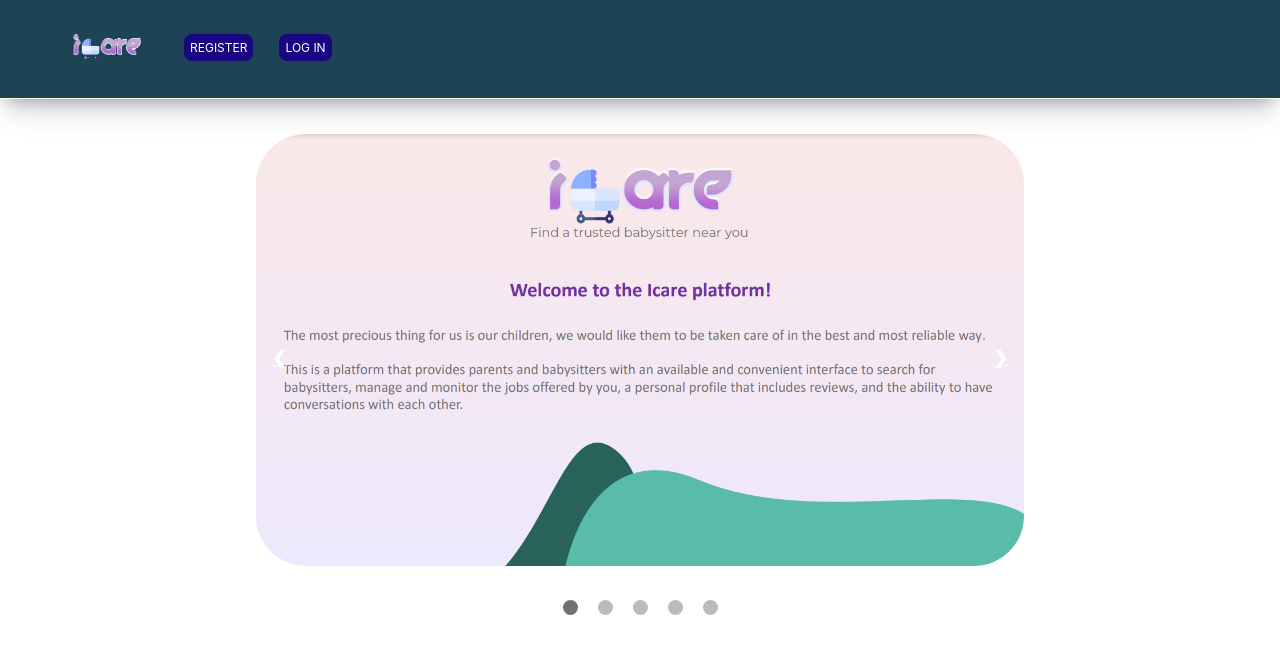
Repository: DorAzaria/iCare
Page: / (app in front-end/)
These files come from the project's save history. The page is drawn as it stood at one moment and after the next save; the edit follows.
The browser window is 1280 px wide. The pictures show the whole page.
The project was rebuilt for these pictures with package versions that can differ from the ones it lists, and the page was loaded fresh each time. Also part of the build but not shown: front-end/craco.config.js, front-end/src/database/Driver/index.js, front-end/src/shared/AppKeys/index.js, front-end/src/components/Shells/Navigation/index.jsx, front-end/src/shared/ErrorCodes/index.js, front-end/src/components/Views/LogIn/index.css, front-end/src/components/Views/LogIn/index.jsx, front-end/src/components/Partials/JobPost/index.css and 46 more.

Above is the page before, as saved 2022-08-16 14:59:15.

### front-end/src/index.js
import React from 'react';
import ReactDOM from 'react-dom/client';

import App from '@components/App';
import 'bootstrap/dist/css/bootstrap.min.css';
import './index.css';
import './styles/buttons.css';
import './styles/layouts.css';
import './styles/titles.css';

const root = ReactDOM.createRoot(document.getElementById('root'));
root.render(
  <React.StrictMode>
    <App />
  </React.StrictMode>
);

### front-end/src/components/App/index.jsx
import React from 'react';

import {
  BrowserRouter,
  Routes,
  Route,
} from 'react-router-dom';

import AppContext, { defaultContext } from '@contexts/App';

import ViewIndex from '@components/Views/Index';
import ViewLogIn from '@components/Views/LogIn';
import ViewJobs from '@components/Views/Jobs';
import ViewPreRegister from '@components/Views/PreRegister';
import ViewParentRegister from '@components/Views/Parent-Register';
import ViewBabySitterRegister from '@components/Views/BabySitter-Register';
//import ViewRegister from '@components/Views/Register';
import ViewApply from '@components/Views/Apply';
import ViewRequests from '@components/Views/Requests';
import ViewChat from '@components/Views/Chat';
import ViewProfile from '@components/Views/Profile';
import ViewSitters from '@components/Views/Sitters';
import ViewParents from '@components/Views/Parents';

import ViewSitterProfile from '@components/Views/SitterProfile';
import ViewJobDetail from '@components/Views/JobDetail';

import ViewWatches from '@components/Views/Watches';

import ViewParentProfile from '@components/Views/ParentProfile';

import ViewLogOut from '@components/Views/LogOut';

import './index.css';

import 'bootstrap/dist/css/bootstrap.min.css';

class App extends React.Component {

  constructor(props) {
    super(props);

    this.state = { ...defaultContext };
    this.state.app = this;

  }

  render () {

    const appContext = this.state;

    const viewIndex = <ViewIndex/>;
    const viewLogIn = <ViewLogIn/>;
    const viewJobs = <ViewJobs/>;
    const viewProfile = <ViewProfile/>;
    //const viewRegister = <ViewRegister/>;
    const viewPreRegister = <ViewPreRegister/>
    const viewParentRegister = <ViewParentRegister/>
    const viewBabySitterRegister = <ViewBabySitterRegister/>
    const viewApply = <ViewApply/>;
    const viewRequests = <ViewRequests/>;
    const viewChat = <ViewChat/>;
    const viewWatches = <ViewWatches/>;

    const viewSitters = <ViewSitters/>;
    const viewParents = <ViewParents/>;
    const viewSitterProfile = <ViewSitterProfile/>;
    const viewJobDetail = <ViewJobDetail/>;
    const viewParentProfile = <ViewParentProfile/>;
    const viewLogOut = <ViewLogOut/>;

    return (
      <AppContext.Provider value={ appContext }>
        <div className="App">
          <div className="App_layerBase">
            <BrowserRouter>
              <Routes>
                <Route path="/" element={ viewIndex } exact/>
                <Route path="/sitters" element={ viewSitters }  exact/>
                <Route path="/register" element={ viewPreRegister }  exact/>
                <Route path="/parent-register" element={ viewParentRegister }  exact/>
                <Route path="/babysitter-register" element={ viewBabySitterRegister }  exact/>
                <Route path="/log-in" element={ viewLogIn }  exact/>
                <Route path="/jobs" element={ viewJobs }  exact/>
                <Route path="/apply" element={ viewApply }  exact/>
                <Route path="/requests" element={ viewRequests }  exact/>
                <Route path="/chat" element={ viewChat }  exact/>

                <Route path="/families" element={ viewParents }  exact/> { /* update from here*/}
                <Route path="/profile" element={ viewProfile }  exact/>
                <Route path="/watchlist" element={ viewWatches }  exact/>
                <Route path="/sitter-profile" element={ viewSitterProfile }  exact/>
                <Route path="/job-detail" element={ viewJobDetail }  exact/>
                <Route path="/parent-profile" element={ viewParentProfile }  exact/>
                <Route path="/log-out" element={ viewLogOut } exact/>
              </Routes>
            </BrowserRouter>
          </div>
          { /* <div className="App_layerPopup"></div> */ }
        </div>
      </AppContext.Provider>
    );

  }

}

export default App;

### front-end/src/styles/buttons.css
.Button_navigation {
  background: #180781;
  border-radius: 8px;
  color: white;
  padding: 6px;
  text-align: center;
  font-size: 12px;
  text-decoration: none;
}

.Button_disabled {
  background: #4F4F4F;
  border-radius: 8px;
  color: white;

  padding: 8px;

  text-align: center;
  text-decoration: none;
}

### front-end/src/contexts/App/index.js
import React from 'react';

import StringsEnglish from './strings/English';
import ErrorsEnglish from './errors/English';

let user = JSON.parse(sessionStorage.getItem('user'));

console.log ( 'user');
console.log ( user);

export const defaultContext = Object.freeze({
  strings: StringsEnglish,
  errors: ErrorsEnglish,
  app: null, // app component
  user: user, // logged-in user
});

const AppContext = React.createContext(defaultContext);

export default AppContext;

### front-end/src/components/Views/Index/index.jsx
import React from 'react';

import { Link} from 'react-router-dom';

import AppContext from '@contexts/App';

import ShellMainGate from '@components/Shells/MainGate';
import ShellNavigation from '@components/Shells/Navigation';

import Links from '@shared/Links';
import {Button, ButtonGroup, Row, Col , Container ,   Navbar,
  NavbarBrand,
  Nav,
  NavLink,
  NavbarToggler,
  Collapse,
  NavItem,
  Dropdown,
  DropdownToggle,
  DropdownMenu,
  DropdownItem,} from 'reactstrap';
import './index.css';


const MAP_LINKS = Links['MAP_LINKS'];

class ViewIndex extends React.Component {

  static contextType = AppContext;

  constructor(props) {
    super(props);

    this.state = {
      slideIndex: 0,
    };

  }



  render () {

    const { context } = this;

    const { strings, user } = context;


    const {state } = this;
    const { slideIndex } = state;
    let bgs = [
      {id:0, name:'bg0.png', imgStyle:'none', dotClass:''},
      {id:1, name:'bg1.jpg', imgStyle:'none', dotClass:''},
      {id:2, name:'bg2.jpg', imgStyle:'none', dotClass:''},
      {id:3, name:'bg3.jpg', imgStyle:'none', dotClass:''},
      {id:4, name:'bg4.jpg', imgStyle:'none', dotClass:''}
    ]
    bgs[slideIndex]['imgStyle'] = 'block';
    bgs[slideIndex]['dotClass'] = 'active';


    const currentSlide =(n)=>{
      this.setState ( {slideIndex:n});
    }


    const plusSlides = (n) =>{
      let {state} = this;
      let {slideIndex} = state;
      let newIndex = (slideIndex + n + 5) % 5;
      this.setState ( {slideIndex:newIndex});
    }

    const bgMakeElement = (bg) => {
      const key = 'bg_' + bg['name'];
      let imgStyle = bg['imgStyle'];

      return (
        <div key = {key}
          style = {{display:imgStyle, alignContent:'center'}}
        >
          <img src={bg['name']} alt = "Child Care Background" style={{width:'100%', borderRadius:'50px'}}></img>
        </div>
      )
    }

    const elementsBg = bgs.map ( bgMakeElement);

    const dotMakeElement = (bg) => {
      const key = 'dot_' + bg['name'];

      return (
        <span key = {key}
          className={bg['dotClass'] + ' dot'}
          onClick = {()=>currentSlide(bg['id'])}
          style = { {margin:'10px'}}
        >
        </span>
      )
    }

    const elementsDot = bgs.map( dotMakeElement)


    // render for when the user is logged in.
    const renderA = () => {

      const { type } = user;


      const body = (
        <div>
          <div className="slideshow-container">
            {elementsBg}
            <a href = "#foo" className="prev" onClick = {() =>plusSlides(-1)}>&#10094;</a>
            <a href = "#foo" className="next" onClick = {() =>plusSlides(1)}>&#10095;</a>
          </div>
          <br></br>

          <div style={{textAlign:'center'}}>
            {elementsDot}
          </div>
        </div>
      );

      const links = MAP_LINKS[type];

      return (<ShellNavigation body={ body } links={ links }/>);

    };

    // render for when the user is not logged in.
    const renderB = () => {

      const welcome = strings['TITLE_WELCOME'];
      const labelRegister = strings['LABEL_REGISTER'];
      const labelLogIn = strings['LABEL_LOG_IN'];


      const body = (
        <>
        <header className="sticky-top icare-navbar">
        <Navbar
          dark
          style={{ height: 90}}
          expand="md"
          className="container-xxl"
        >
          <NavbarBrand href="/">
            <img alt="iCare" src="logo.png" className="logo-img" />

          </NavbarBrand>

          <div className="flex-grow-1">

          <Nav className="mr-auto" navbar >
            <NavItem style={{paddingLeft: "26px",
              marginBottom:"6px",}}>
            <Link className="Button_navigation" style={{minWidth: '200px', minHeight: '20px'}} to="/register">{ labelRegister }</Link>
            </NavItem>
            <NavItem style={{paddingLeft: "26px",
              marginBottom:"6px",}}>
            <Link className="Button_navigation" style={{minWidth: '200px', minHeight: '20px'}} to="/log-in">{ labelLogIn }</Link>
            </NavItem>
                  {/* <img src = { profileUrl ? profileUrl : 'logo.png'} className = "profile-avatar" alt = "user profile"></img> */}
                </Nav>
          </div>
          </Navbar>
          </header>

          <div className="slideshow-container">
                {elementsBg}
                <a href = "#foo" className="prev" onClick = {() =>plusSlides(-1)}>&#10094;</a>
                <a href = "#foo" className="next" onClick = {() =>plusSlides(1)}>&#10095;</a>
              </div>
              <br></br>

              <div style={{textAlign:'center'}}>
                {elementsDot}
              </div>
        </>

      );

      return (<ShellMainGate body={ body }/>);

    };

    if (user) { // logged-in

      return renderA();

    } else { // not logged-in

      return renderB();

    }

  }

}

export default ViewIndex;

### front-end/src/components/App/index.css
.App {
  position: fixed;
  top: 0;
  left: 0;
  z-index: 0;

  width: 100vw;
  height: 100vh;
}

.App_layerBase {
  position: absolute;
  top: 0;
  left: 0;
  z-index: 1000;

  width: 100%;
  height: 100%;

  overflow-x: hidden;
  overflow-y: auto;
}

.App_layerPopup {
  position: absolute;
  top: 0;
  left: 0;
  z-index: 1000;

  width: 100%;
  height: 100%;
}

### front-end/src/contexts/App/strings/English/index.js
const LABEL_BABYSITTER = 'BABYSITTER';

const LABEL_CHATS = 'Chats';

const LABEL_DESCRIPTION = 'DESCRIPTION';

const LABEL_DELETE = 'DELETE';

const LABEL_EDIT = 'EDIT';

const LABEL_EMAIL = 'Email';

const LABEL_EMPTY_PROFILES = 'NO PROFILES';

const LABEL_FIRST_NAME = 'FIRST NAME';

const LABEL_JOBS = 'Jobs';

const LABEL_LAST_NAME = 'LAST NAME';

const LABEL_LOG_IN = 'LOG IN';

const LABEL_NAME = 'NAME';

const LABEL_NUMBER = 'NUMBER';

const LABEL_PARENT = 'PARENT';

const LABEL_PASSWORD = 'Password';

const LABEL_REGISTER = 'REGISTER';

const LABEL_RELOAD = 'RELOAD';

const LABEL_REQUESTS = 'Requests';

const LABEL_SCHEDULE = 'SCHEDULE';

const LABEL_SCHEDULE_START = 'SCHEDULE START';

const LABEL_SCHEDULE_END = 'SCHEDULE END';

const LABEL_SUBMIT = 'SUBMIT';

const LABEL_TITLE = 'TITLE';

const LABEL_TYPE = 'TYPE';

const LABEL_USERNAME = 'USERNAME';

const MESSAGE_PROFILES_LOAD_FAIL = 'FAILED TO LOAD PROFILES!';

const MESSAGE_APPLY_FAIL = 'FAILED TO APPLY FOR JOB!';

const MESSAGE_APPLY_SUCCESS = 'SUCCESSFULLY APPLIED TO JOB!';

const MESSAGE_APPLY_TRY = 'TRYING TO APPLY FOR JOB...';

const MESSAGE_JOBS_FAIL = 'FAILED TO SAVE JOB!';

const MESSAGE_JOBS_SUCCESS = 'JOB SUCCESSFULLY SAVED!';

const MESSAGE_JOBS_TRY = 'TRYING TO SAVE JOB...';

const MESSAGE_LOG_IN_FAIL = 'FAILED TO LOG IN!';

const MESSAGE_LOG_IN_SUCCESS = 'LOG-IN SUCCESSFUL!';

const MESSAGE_LOG_IN_TRY = 'TRYING TO LOG IN...';

const MESSAGE_REGISTRATION_FAIL = 'FAILED TO REGISTER NEW USER!';

const MESSAGE_UPDATEPROFILE_FAIL = 'FAILED TO UPDATE PROFILE!';

const MESSAGE_REGISTRATION_SUCCESS = 'SUCCESSFULLY REGISTERED USER!';

const MESSAGE_UPDATEPROFILE_SUCCESS = 'SUCCESSFULLY UPDATE PROFILE!';

const MESSAGE_REGISTRATION_TRY = 'TRYING TO REGISTER NEW USER...';

const MESSAGE_UPDATE_PROFILE_TRY = 'TRYING TO UPDATE PROFILE...';

const SEND_MESSAGE_FAIL = 'FAILED TO SEND MESSAGE!';

const SEND_MESSAGE_SUCCESS = 'MESSAGE SUCCESSFULLY SENT!';

const SEND_MESSAGE_TRY = 'TRYING TO SEND MESSAGE...';

const TITLE_APP = 'iCare';

const TITLE_JOBS_ALL = 'All Jobs';

const TITLE_JOBS_NEW = 'New Job';

const TITLE_JOBS_OPEN = 'Open Jobs';

const TITLE_LOG_IN = 'Log In';

const TITLE_MY_JOBS = 'My Jobs';

const TITLE_REGISTER = 'Who Are you?';

const TITLE_WELCOME = "Welcome to our website we offer blab la bla"

const WARNING_NOT_LOGGED = 'YOU ARE NOT LOGGED IN!';


//updated

const LABEL_SITTERS = 'Sitters';
const LABEL_WATCHLIST = 'Watch List';
const LABEL_LOGOUT = 'Log Out'
const LABEL_FAMILIES = 'Families';

const LABEL_HOME = 'Home';

const TITLE_ALL_SITTERS = 'All Sitters'; //all sitters page
const LABEL_PRICE_RANGE = 'Price Range';
const LABEL_AGE_RANGE = 'Age Range';
const LABEL_GENDER = 'Gender';
const LABEL_CHILD_CARE = 'Child Care';
const LABEL_SCHOOL_HELP = 'School Help';
const LABEL_AGE = 'Age';
const LABEL_PRICE = 'Price';
const LABEL_SKILLS = 'Skills';
const LABEL_PROFILE = 'Profile';

//sitter profile
const TITLE_SITTER_REVIEWS = 'Sitter Reviews';
const TITLE_SITTER_JOBS = 'Sitter Jobs';

//job detail
const TITLE_JOB_COMMENTS = 'Job Comments';

//registration
const LABEL_LOC = 'Location';
const LABEL_SHORT_INFO = 'Short Information';
const LABEL_EDUCATION = 'Education';
const LABEL_EXP_YEARS = 'Experienced Years';
const LABEL_NUM_OF_CHILDREN = 'Number of Children';


//parent profile
const TITLE_PARENT_REVIEWS = 'Parent Reviews';
const TITLE_PARENT_JOBS = 'Parent Jobs';


const TITLE_ALL_PARENTS = 'All Parents'; //all parents pages

//request page
const TITLE_APPLIED_JOBS = 'All My Applied Jobs';
const TITLE_POSTED_JOBS = 'All My Posted Jobs';


const StringsEnglish = Object.freeze({
    LABEL_BABYSITTER,
    LABEL_CHATS,
    LABEL_DESCRIPTION,
    LABEL_DELETE,
    LABEL_EDIT,
    LABEL_EMAIL,
    LABEL_EMPTY_PROFILES,
    LABEL_FIRST_NAME,
    LABEL_JOBS,
    LABEL_LAST_NAME,
    LABEL_LOG_IN,
    LABEL_NAME,
    LABEL_NUMBER,
    LABEL_PARENT,
    LABEL_PASSWORD,
    LABEL_REGISTER,
    LABEL_HOME,
    LABEL_RELOAD,
    LABEL_REQUESTS,
    LABEL_SCHEDULE,
    LABEL_SCHEDULE_START,
    LABEL_SCHEDULE_END,
    LABEL_SUBMIT,
    LABEL_TITLE,
    LABEL_TYPE,
    LABEL_USERNAME,
    MESSAGE_APPLY_FAIL,
    MESSAGE_APPLY_SUCCESS,
    MESSAGE_APPLY_TRY,
    MESSAGE_JOBS_FAIL,
    MESSAGE_JOBS_SUCCESS,
    MESSAGE_JOBS_TRY,
    MESSAGE_LOG_IN_FAIL,
    MESSAGE_LOG_IN_SUCCESS,
    MESSAGE_LOG_IN_TRY,
    MESSAGE_PROFILES_LOAD_FAIL,
    MESSAGE_REGISTRATION_FAIL,
    MESSAGE_REGISTRATION_SUCCESS,
    MESSAGE_UPDATEPROFILE_SUCCESS,
    MESSAGE_REGISTRATION_TRY,
    MESSAGE_UPDATEPROFILE_FAIL,
    MESSAGE_UPDATE_PROFILE_TRY,
    SEND_MESSAGE_FAIL,
    SEND_MESSAGE_SUCCESS,
    SEND_MESSAGE_TRY,
    TITLE_APP,
    TITLE_JOBS_ALL,
    TITLE_JOBS_NEW,
    TITLE_JOBS_OPEN,
    TITLE_LOG_IN,
    TITLE_MY_JOBS,
    TITLE_REGISTER,
    WARNING_NOT_LOGGED,

    LABEL_SITTERS,//updated
    LABEL_WATCHLIST,
    LABEL_FAMILIES,
    LABEL_LOGOUT,

    TITLE_ALL_SITTERS, //all sitters page
    LABEL_PRICE_RANGE,
    LABEL_AGE_RANGE,
    LABEL_GENDER,
    LABEL_CHILD_CARE,
    LABEL_SCHOOL_HELP,
    LABEL_AGE,
    LABEL_PRICE,
    LABEL_SKILLS,
    LABEL_PROFILE,

    LABEL_LOC,
    LABEL_SHORT_INFO,
    LABEL_EDUCATION,
    LABEL_EXP_YEARS,
    LABEL_NUM_OF_CHILDREN,

    TITLE_SITTER_REVIEWS, //sitter profile page
    TITLE_SITTER_JOBS,

    TITLE_JOB_COMMENTS, //job detail

    TITLE_ALL_PARENTS, //parents page

    TITLE_PARENT_REVIEWS, //sitter profile page
    TITLE_PARENT_JOBS,

    TITLE_POSTED_JOBS, //request page
    TITLE_APPLIED_JOBS,

    TITLE_WELCOME
});

export default StringsEnglish;

### front-end/src/contexts/App/errors/English/index.js
const ERROR_NOT_AUTHORIZED = 'NOT AUTHORIZED TO DO THIS OPERATION';

const ERROR_SERVER_TIMEOUT = 'THE SERVER TOOK TOO LONG TO RESPOND';

const ERROR_UNKNOWN = 'AN UNEXPECTED ERROR HAPPENED';

const ErrorsEnglish = Object.freeze({
    ERROR_NOT_AUTHORIZED,
    ERROR_SERVER_TIMEOUT,
    ERROR_UNKNOWN,
});

export default ErrorsEnglish;

### front-end/src/components/Shells/MainGate/index.jsx
import React from 'react';
import PropTypes from 'prop-types';

import { Link } from 'react-router-dom';

import AppContext from '@contexts/App';

import './index.css';


// This is the shell for users that are not logged-in.
// Because they are not logged-in, they're outside at the main gate.
class ShellMainGate extends React.Component {

  static contextType = AppContext;

  render () {

    const { props} = this;

    const { body } = props;

    return (
      <div className="ShellMainGate">

        <div className="ShellMainGate_body">{ body }</div>
      </div>
    );

  }

}

ShellMainGate.propTypes = {
  body: PropTypes.element.isRequired
};

export default ShellMainGate;

### front-end/src/shared/Links/index.js
const LINKS_BABYSITTER = [
  {
    key:'LABEL_HOME',
    link:'/'
  },
  // {
  //   key:'LABEL_CHATS',
  //   link:'/chat'
  // },
  {
    key:'LABEL_FAMILIES',
    link:'/families'
  },
  {
    key: 'LABEL_JOBS',
    link: '/jobs',
  },
  {
    key: 'LABEL_REQUESTS',
    link: '/requests',
  },
];

const LINKS_PARENT = [
  {
    key:'LABEL_HOME',
    link:'/'
  },
  // {
  //   key:'LABEL_CHATS',
  //   link:'/chat'
  // },
  {
    key:'LABEL_SITTERS',
    link:'/sitters'
  },
  {
    key: 'LABEL_JOBS',
    link: '/jobs',
  },
  {
    key: 'LABEL_REQUESTS',
    link: '/requests',
  },
  {
    key:'LABEL_WATCHLIST',
    link:'/watchlist'
  },
];


const MAP_LINKS = {
  'babysitter': LINKS_BABYSITTER,
  'parent': LINKS_PARENT,
};

const Links = Object.freeze({
  LINKS_BABYSITTER,
  LINKS_PARENT,
  MAP_LINKS,
});

export default Links;

### front-end/src/components/Views/Index/index.css
* {box-sizing:border-box}

/* Slideshow container */
.slideshow-container {
  width:60%;
  position: relative;
  margin:auto;
}

/* Next & previous buttons */
.prev, .next {
  cursor: pointer;
  position: absolute;
  top: 50%;
  width: auto;
  margin-top: -22px;
  padding: 16px;
  color: white;
  font-weight: bold;
  font-size: 18px;
  transition: 0.6s ease;
  border-radius: 0 3px 3px 0;
  user-select: none;
}

/* Position the "next button" to the right */
.next {
  right: 0;
  border-radius: 3px 0 0 3px;
}

/* On hover, add a black background color with a little bit see-through */
.prev:hover, .next:hover {
  background-color: rgba(0,0,0,0.8);
}

/* Caption text */
.text {
  color: #f2f2f2;
  font-size: 15px;
  padding: 8px 12px;
  position: absolute;
  bottom: 8px;
  width: 100%;
  text-align: center;
}

/* The dots/bullets/indicators */
.dot {
  cursor: pointer;
  height: 15px;
  width: 15px;
  margin: 0 2px;
  background-color: #bbb;
  border-radius: 50%;
  display: inline-block;
  transition: background-color 0.6s ease;
}

.active, .dot:hover {
  background-color: #717171;
}

### front-end/src/components/Shells/MainGate/index.css
.ShellMainGate {
  display: grid;
  grid-template-rows: auto 1fr;
  grid-template-columns: 1fr;

  width: 100%;
  /* height: 100%; */
}

.ShellMainGate_head {
  grid-area: 1/1/2/2;
  padding: 2.75rem;

  align-self: center;
  justify-self: center;
}

.ShellMainGate_headTitle {
  font-size: 0.8rem;
  font-weight: bold;
}

.ShellMainGate_body {
  /* grid-area: 2/1/3/2; */
  min-width: 450px;
  align-self: center;
  justify-self: center;
}

### front-end/src/components/Shells/Navigation/index.css
.profile-avatar {
  width:40px;
  height:40px;
  border-radius:25px;
  float:right;
}

.icare-navbar {
  border-bottom: 1px solid lightyellow;
  padding: 0.25rem 0;
  background-color: #1d4354;
  box-shadow: rgba(50, 50, 93, 0.25) 0px 13px 27px -5px, rgba(0, 0, 0, 0.3) 0px 8px 16px -8px;
  margin-bottom: 35px;
}

.flex-grow-1 {
  flex-grow: 1!important;
}

.logo-img {
  width:70px;
  height:40px;
  border-radius:10px;
  margin-left: 3em;

}

.card .content .time {
  color: #1d4354!important;
}
.card .message .text {
  color: #1d4354;
  font-size: 12px;
  padding: 0;
  bottom: 3px;
  width: 100%;
  text-align: start;
  position: relative;
  word-wrap: break-word;
  word-break: break-all;
}
.card .image img {
  height: 40px;
  width: 40px;
  border-radius: 50%;
}
.notifications .icon .image {
  height: 28px!important;
  width: 28px!important;
  cursor: pointer;
}

.card {
  padding: 0!important;
}

Loaded but not shown: front-end/public/index.html (common file); front-end/src/index.css (common file); front-end/src/components/Partials/ChatRequest/index.css (no stored copy; drawn as an empty file)

After the next save:
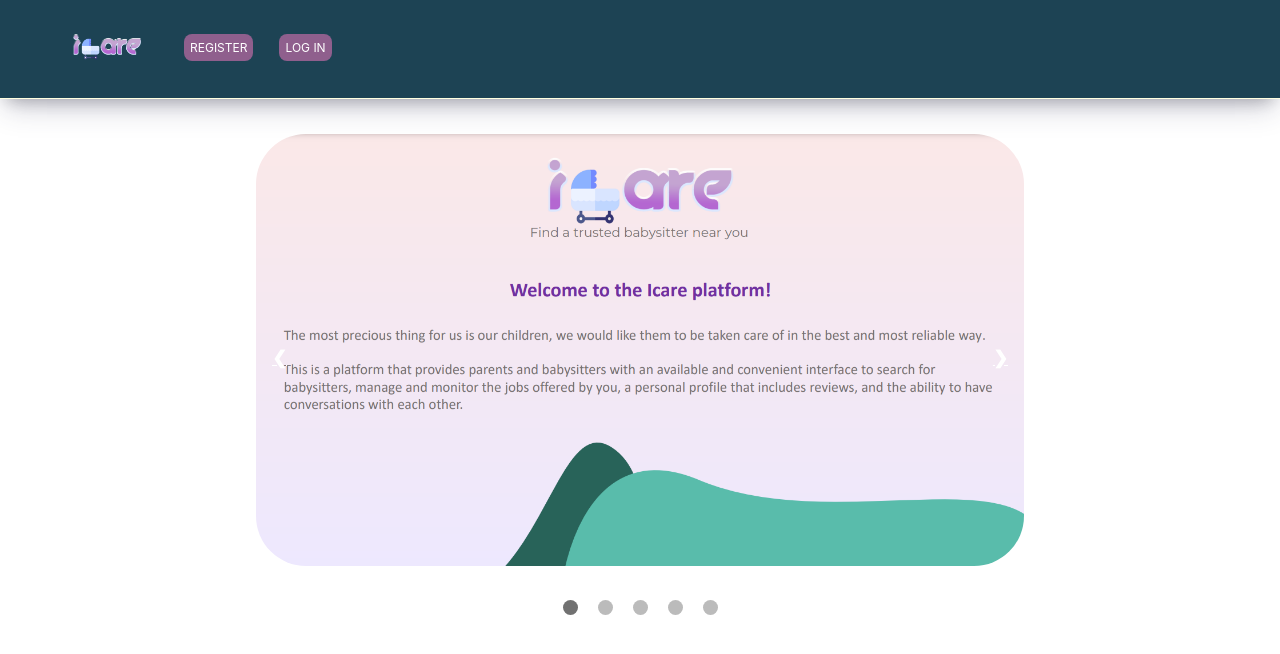
Saved 28 s later.
--- a/front-end/src/styles/buttons.css
+++ b/front-end/src/styles/buttons.css
@@ -1,5 +1,5 @@
 .Button_navigation {
-  background: #180781;
+  background: #8f5f8d;
   border-radius: 8px;
   color: white;
   padding: 6px;
